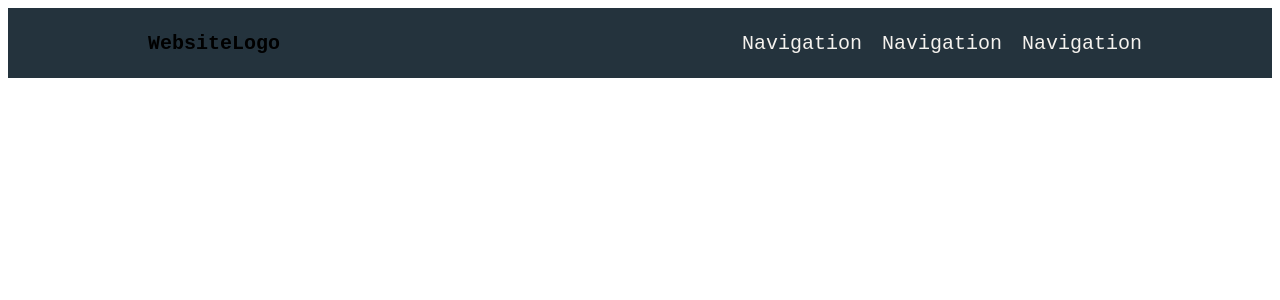
Repository: piotrokrutniak/Projekt-Studia
Page: index.html
An editor plug-in stored every save of this project. The page is shown before and after the next save, followed by the edit.
The browser window is 1280 px wide. The pictures show the whole page.

Above is the page before, as saved 2023-03-04 03:25:15.

### index.html
<!DOCTYPE html>
<head>
    <meta charset="UTF-8" />
    <meta http-equiv="X-UA-Compatible" content="IE=edge" />
    <meta name="viewport" content="width=device-width, initial-scale=1.0" />
    <link rel="stylesheet" type="text/css" href="styles.css" />
    <title>Website Title</title>
</head>
<body>
    <div class="navbar-container">
        <div class="navbar">
            <div class="logo">
                <div class="logo-contents">
                    WebsiteLogo
                </div>
            </div>
            <div class="navigation">
                <a href="/index" class="navigation-link">
                    <div class="navigation-button">
                        Navigation
                    </div>
                </a>
                <a href="/index" class="navigation-link">
                    <div class="navigation-button">
                        Navigation
                    </div>
                </a>
                <a href="/index" class="navigation-link">
                    <div class="navigation-button">
                        Navigation
                    </div>
                </a>
            </div>
        </div>
    </div>
</body>

### styles.css
body{
    font-family: monospace;
}

.navbar-container{
    width: 100%;
    height: 70px;
    background: rgb(36, 51, 61);
    position: sticky;
    top: 0;

}

.navbar{
    position: relative;
    max-width: 1024px;
    min-width: 328px;
    height: 50px;
    top: 0px;
    margin: auto;
    display: flex;
    flex-direction:row;
    justify-content: space-between;
    top: 50%;
    -ms-transform: translateY(-50%);
    transform: translateY(-50%);
    font-size: 20px;
}

a{
    text-decoration: none;
    color:rgba(245, 242, 238);
}

.navigation{
    display: grid;
    grid-template-columns: 110px 110px 110px;
    grid-gap: 30px;
    padding-right: 20px;
}

.navigation-link{
    position: relative;

}

.navigation-link:hover{

    border-bottom: 2px solid;
    border-color: aqua;

}

.navigation-button{
    text-align: center;
    position: relative;
    top: 50%;
    -ms-transform: translateY(-50%);
    transform: translateY(-50%);
}

.logo{
    position: relative;
    height: 49px;
    padding-left: 20px;
    padding-right: 20px;
    font-weight: 900;
}

.logo-contents{
    text-align: center;
    position: relative;
    top: 50%;
    -ms-transform: translateY(-50%);
    transform: translateY(-50%);
}

After the next save:
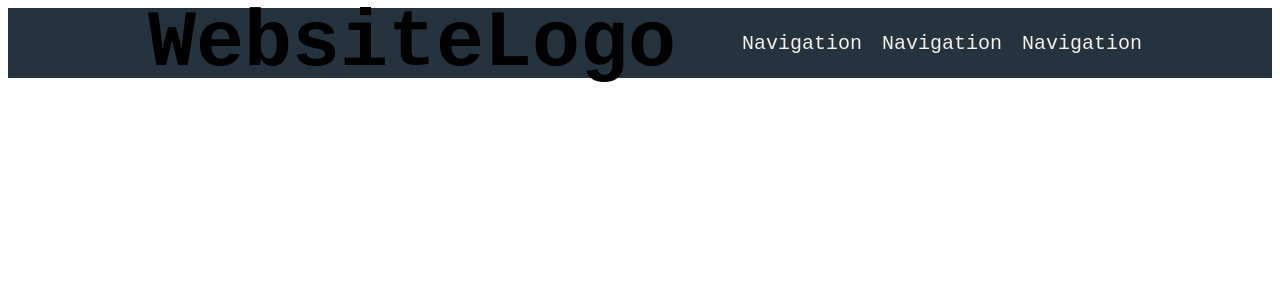
Saved 92 s later.
--- a/styles.css
+++ b/styles.css
@@ -65,6 +65,7 @@ a{
     padding-left: 20px;
     padding-right: 20px;
     font-weight: 900;
+    font-size: 80px;
 }
 
 .logo-contents{
